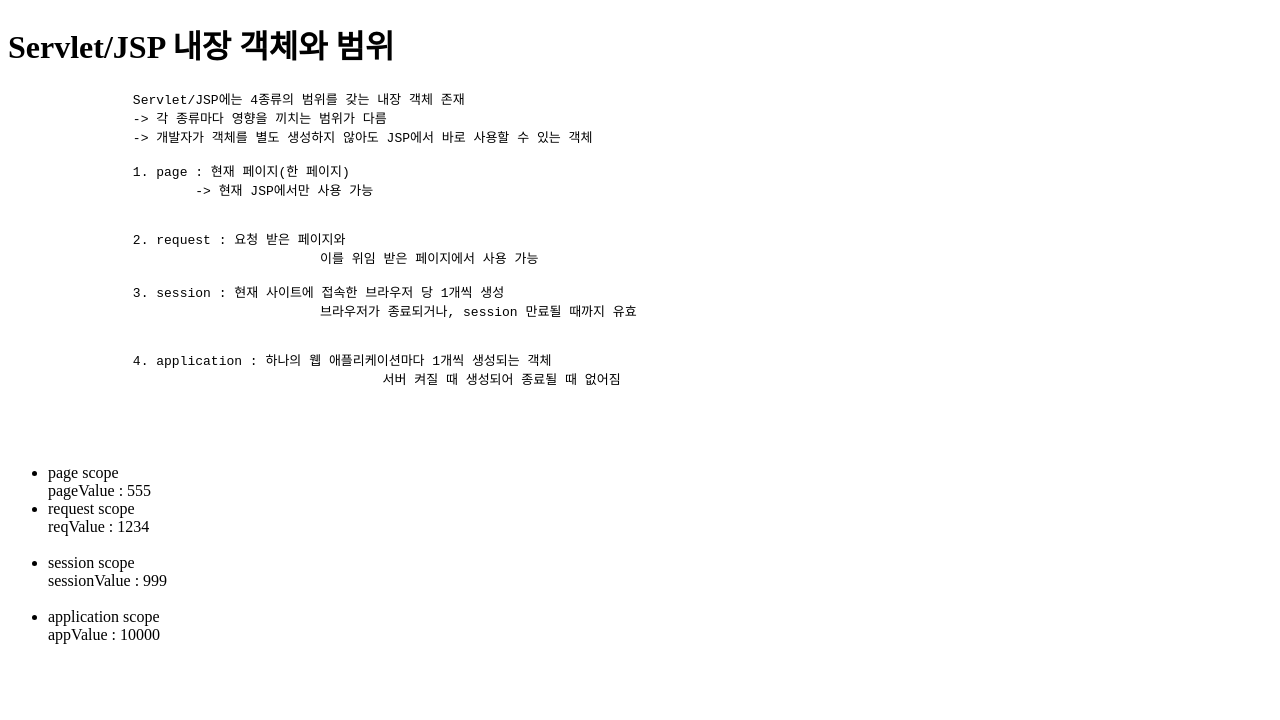
Repository: ahnjaeyoun/6_Server
Page: http://localhost/JSPProject2/scope
These files come from the project's save history. The page is drawn as it stood at one moment and after the next save; the edit follows.
The browser window is 1280 px wide. The pictures show the whole page.
The page is served by Tomcat 9. Other server files are loaded and not shown.

Above is the page before, as saved 2023-09-19 02:33:21.

### JSPProject2/src/main/webapp/WEB-INF/views/scope/scope.jsp
<%@ page language="java" contentType="text/html; charset=UTF-8"
    pageEncoding="UTF-8"%>
<!DOCTYPE html>
<html>
<head>
<meta charset="UTF-8">
<title>Servlet/JSP 내장 객체와 범위</title>
</head>
<body>
	<h1>Servlet/JSP 내장 객체와 범위</h1>

	<pre>
		Servlet/JSP에는 4종류의 범위를 갖는 내장 객체 존재
		-> 각 종류마다 영향을 끼치는 범위가 다름
		-> 개발자가 객체를 별도 생성하지 않아도 JSP에서 바로 사용할 수 있는 객체

		1. page : 현재 페이지(한 페이지)
			-> 현재 JSP에서만 사용 가능


		2. request : 요청 받은 페이지와
					이를 위임 받은 페이지에서 사용 가능

		3. session : 현재 사이트에 접속한 브라우저 당 1개씩 생성
					브라우저가 종료되거나, session 만료될 때까지 유효


		4. application : 하나의 웹 애플리케이션마다 1개씩 생성되는 객체
						서버 켜질 때 생성되어 종료될 때 없어짐



	</pre>

	<ul>
		<li>
			page scope <br>

			<%
				// pageContext : page scope 객체
				pageContext.setAttribute("pageValue", 555);
			%>

			pageValue : ${ pageScope.pageValue }

		</li>

		<li>
			request scope <br>
			reqValue : ${ requestScope.reqValue }
		</li>

		<br>

		<li>
			session scope <br>
			sessionValue : ${ sessionScope.sessionValue }
		</li>

		<br>

		<li>
			application scope <br>
			appValue : ${ applicationScope.appValue }
		</li>
	</ul>
</body>
</html>

### JSPProject2/src/main/java/edu/kh/jsp/controller/ScopeController.java
package edu.kh.jsp.controller;

import java.io.IOException;

import javax.servlet.RequestDispatcher;
import javax.servlet.ServletContext;
import javax.servlet.ServletException;
import javax.servlet.annotation.WebServlet;
import javax.servlet.http.HttpServlet;
import javax.servlet.http.HttpServletRequest;
import javax.servlet.http.HttpServletResponse;
import javax.servlet.http.HttpSession;

// 서블릿 매핑에서 유효하지 않은 url pattern
// -> 매핑할 주소 제일 앞에 "/" 반드시 작성
// -> 스지 않으면 에러납니다
@WebServlet("/scope")
public class ScopeController extends HttpServlet{

	@Override
	protected void doGet(HttpServletRequest req, HttpServletResponse resp) throws ServletException, IOException {

		RequestDispatcher dispatcher = req.getRequestDispatcher("/WEB-INF/views/scope/scope.jsp");

		// 1.page scope -> JSP에서 확인

		// 2. request scope -> 요청받은 페이지 + 위임받은 페이지
		req.setAttribute("reqValue", 1234);


		// 3. session scope -> 브라우저당 1개
		//					-> 브라우저 종료 또는 session 만료까지 유지

		// session 객체 얻어오는 방법
		HttpSession session = req.getSession();

		session.setAttribute("sessionValue", "999");

		// 4. application scope -> 서버가 켜져있는 동안 유지

		// application 객체를 얻어오는 방법
		// -> request. session 객체에서 얻어오기 가능
		ServletContext application = req.getServletContext();
//		ServletContext application = session.getServletContext();
		application.setAttribute("appValue", 10000);

		// ** 모든 scope는 속성을 세팅하고 얻어오는 방법 동일!!! **






		dispatcher.forward(req, resp);

	}
}

After the next save:
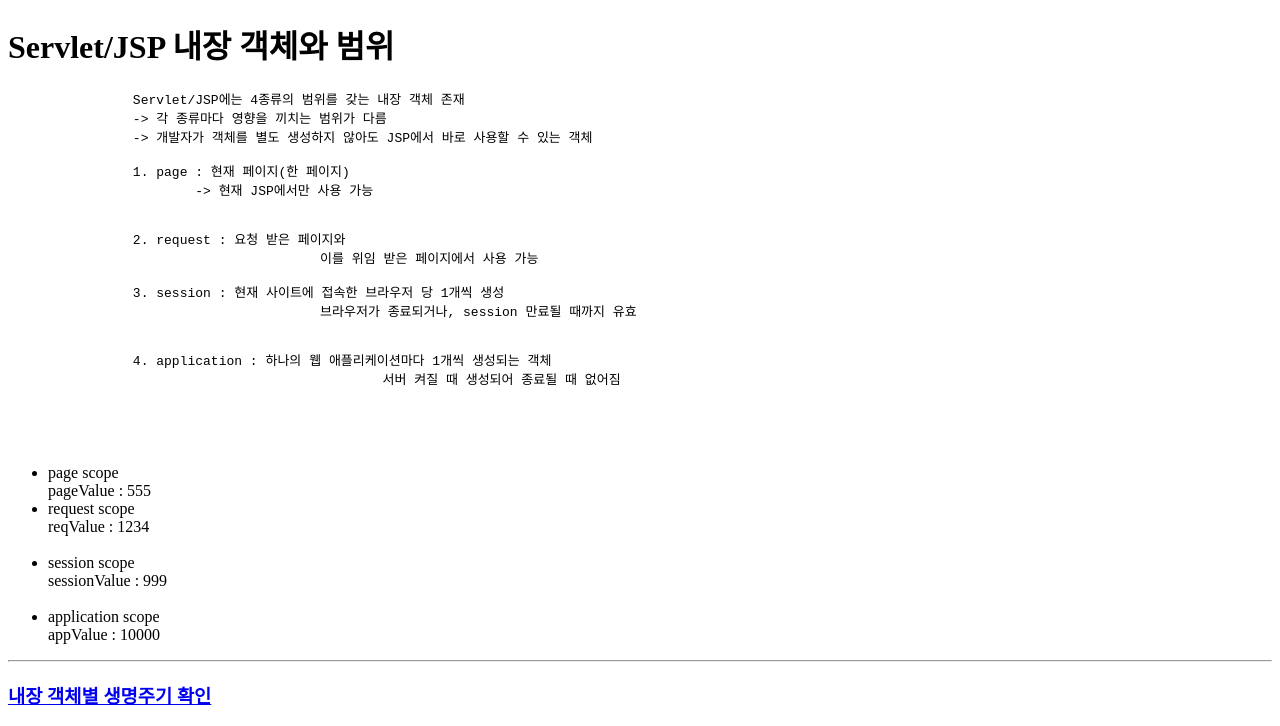
Saved 88 s later.
--- a/JSPProject2/src/main/webapp/WEB-INF/views/scope/scope.jsp
+++ b/JSPProject2/src/main/webapp/WEB-INF/views/scope/scope.jsp
@@ -39,6 +39,8 @@
 			<%
 				// pageContext : page scope 객체
 				pageContext.setAttribute("pageValue", 555);
+
+				pageContext.setAttribute("str", "page 범위에 세팅된 문자열");
 			%>
 
 			pageValue : ${ pageScope.pageValue }
@@ -64,5 +66,12 @@
 			appValue : ${ applicationScope.appValue }
 		</li>
 	</ul>
+
+	<hr>
+
+	<h3>
+		<a href="scopeCheck">내장 객체별 생명주기 확인</a>
+	</h3>
+
 </body>
 </html>
